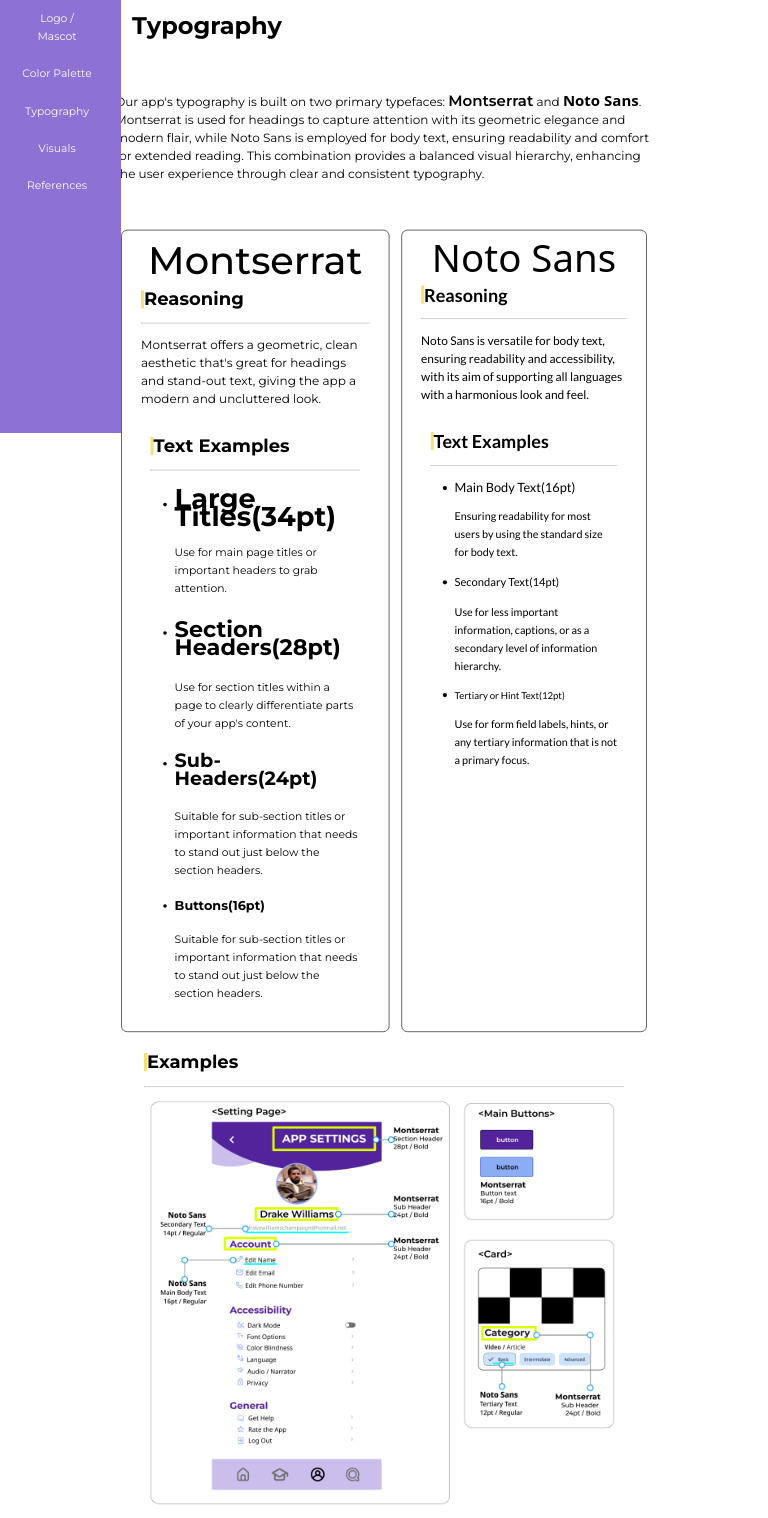
Repository: Irinalimm/PocketProfs-A5Styleguide
Page: pages/typography.html
These files come from the project's save history. The page is drawn as it stood at one moment and after the next save; the edit follows.
The browser window is 1280 px wide. The pictures show the whole page, at 60% of full size.
Some web libraries are served in a nearby version.

Above is the page before, as saved 2024-04-10 22:47:07.

### pages/typography.html
<!DOCTYPE html>
<html lang="en">

<head>
  <meta charset="UTF-8">
  <meta name="viewport" content="width=device-width, initial-scale=1.0">
  <link rel="icon" type="image/x-icon" href="/img/OSCAR-THE-OTTER_LOGO-FAVICON-48x48.ico">
  <link rel="stylesheet" href="/css/typography.css">
  <link rel="preconnect" href="https://fonts.googleapis.com">
  <link rel="preconnect" href="https://fonts.gstatic.com" crossorigin>
  <link href="https://fonts.googleapis.com/css2?family=Montserrat:ital,wght@0,100..900;1,100..900&display=swap"
    rel="stylesheet">
    <link rel="preconnect" href="https://fonts.googleapis.com">
<link rel="preconnect" href="https://fonts.gstatic.com" crossorigin>
<link href="https://fonts.googleapis.com/css2?family=Lato:ital,wght@0,100;0,300;0,400;0,700;0,900;1,100;1,300;1,400;1,700;1,900&display=swap" rel="stylesheet">
  <title>Typography</title>
</head>

<body>
  <div class="sidenav button-effect">
    <div class="link-container">
      <a class="effect effect-4" href="home.html">Logo / Mascot</a>
      <a class="effect effect-4" href="colour.html">Color Palette</a>
      <a class="effect effect-4" href="typography.html">Typography</a>
      <a class="effect effect-4" href="visuals.html">Visuals</a>
      <a class="effect effect-4" href="references.html">References</a>
    </div>
  </div>

  <div class="content">
    <h1 class="header">Typography</h1>
  </div>

  <div class="typography-container">
    <div class="description">
    <p>Our app's typography is built on two primary typefaces: <span class="montserrat">Montserrat</span> and <span class="noto">Noto Sans</span>. <br/>
      Montserrat is used for headings to capture attention with its geometric elegance and modern flair, while Noto Sans is employed for body text, ensuring readability and comfort for extended reading. This combination provides a balanced visual hierarchy, enhancing the user experience through clear and consistent typography.</p>
    </div>
    <div class="two-blocks">
    <div class="container">
        <h3 class="font-header">Montserrat</h3>
      <div class="container-text">
        <div className="reasoning"><h2>Reasoning</h2></div>
        <hr/>
        <p> Montserrat offers a geometric, clean aesthetic that's great for headings and stand-out text, giving the app a modern and uncluttered look.</p>
      </div>
      <div class="example-content">
        <div class="sample-text">
          <h2>Text Examples</h2>
          <hr/>
          <div class="header-text">
            <ul>
              <li>
                <h1 style="font-size: 34pt; font-weight: bold">Large Titles(34pt)</h1>
              <p style="font-size: 18px;font-weight:400">Use for main page titles or important headers to grab attention.
              </p>
            </li>
              <li>
                <h3 style="font-size: 28pt; font-weight: bold" >Section Headers(28pt)</h3>
              <p style="font-size: 18px;font-weight:400">Use for section titles within a page to clearly differentiate parts of your app's content.</p>
            </li>
              <li><h3 style="font-size: 24pt; font-weight: bold">Sub-Headers(24pt)</h3>
                <p style="font-size: 18px;font-weight:400">Suitable for sub-section titles or important information that needs to stand out just below the section headers.</p>
              </li>
              <li><h4 style="font-size: 16pt; font-weight: semi-bold">Buttons(16pt)</h3>
                <p style="font-size: 18px;font-weight:400">Suitable for sub-section titles or important information that needs to stand out just below the section headers.</p>
              </li>
            </ul>
          </div>
        </div>
      </div>
    </div>
    <div class="container">
        <h3 class="font-header2">Noto Sans</h3>
      <div class="container-text">
        <div className="reasoning"><h2>Reasoning</h2>
        <hr/></div>
        <p>Noto Sans is versatile for body text, ensuring readability and accessibility,  with its aim of supporting all languages with a harmonious look and feel.</p>
      </div>
      <div class="example-content">
        <div class="sample-text">
          <h2 className="heading">Text Examples</h2>
          <hr/>
          <div class="header-text">
            <ul>
              <li>
                <h1 style="font-size: 16pt; font-weight: 400">Main Body Text(16pt)</h1>
              <p style="font-size: 18px;font-weight:400">Ensuring readability for most users by using the standard size for body text.</p>
            </li>
              <li>
                <h3 style="font-size: 14pt; font-weight: 400;" >Secondary Text(14pt)</h3>
              <p style="font-size: 18px;font-weight:400">Use for less important information, captions, or as a secondary level of information hierarchy.</p>
            </li>
              <li><h3 style="font-size: 12pt; font-weight: 400">Tertiary or Hint Text(12pt)</h3>
                <p style="font-size: 18px;font-weight:400">Use for form field labels, hints, or any tertiary information that is not a primary focus.</p>
              </li>
            </ul>
          </div>
        </div>
      </div>
    </div>
  </div>
  <div class="component-examples">
    <div className="heading"><h2>Examples</h2><hr class="break"/></div>
    <div className="example-box">
      <img src='/img/examples.png' alt="Usage Examples" class="examples"/>
    </div>
  </div>
  <footer></footer>
  <script src="https://kit.fontawesome.com/d1051c85c7.js" crossorigin="anonymous"></script>
</body>

</html>

### css/typography.css
* {
  box-sizing: border-box;
}

body {
  margin: 0;
  font-family: "Montserrat", sans-serif;
  font-size: 20px;
  line-height: 30px;
  display: flex;
  flex-direction: column;
  animation: 1s ease-out 0s 1 slideInFromLeft;
}

h2{
  border-left: 5px solid #f9df74;
  margin: 0, 1.5rem;
}
/* Style the side navigation */
.sidenav {
  height: 100%;
  width: 200px;
  position: fixed;
  z-index: 1;
  top: 0;
  left: 0;
  background-color: rgb(142,113,213);
  overflow-x: hidden;
  animation: 1s ease-out 0s 1 slideInFromLeft;
}

.heading{
margin: 2rem;
}

/* Side navigation links */
.sidenav a {
  color: white;
  padding: 16px;
  text-decoration: none;
  display: block;
  margin-left: 20px;
}

/* Change color on hover */
.sidenav a:hover {
  background-color: rgb(180,158,244);
  color: black;
}

/* Style the content */
.content {
  margin-left: 200px;
  padding-left: 20px;

}

.rubrik {
  text-align: left;
  margin-left: 200px;
  padding-left: 20px;
}

.container {
    display:inline-block;
    flex-direction: column;
    border-radius: 10px;
    border: 1px solid black;
    margin:10px;
}

.reasoning{
  border-left: black solid 2px;
}

.container-text{
  margin:2rem;
}

.container:nth-child(2){
  font-family: "Lato", "sans-serif";
}

.button:nth-child(2){
  font-family: "Lato", sans-serif;
  font-weight: 300;
}

.example-content{
  margin: 3rem;
}

.typography-container{
  display: flex;
  flex-direction: column ;
}

.description{
  margin: 3rem;
  font-size: 20px;
  width: 70%;
  align-self: center;
}

.two-blocks{
  display: flex;
  align-self: center;
  flex-direction: row;
  width:70%;
}

.font-header{
  font-size: 64px;
  text-align: center;
  margin:35px;
  font-family: "Montserrat", "sans-serif";
  font-weight: 500;
}
.font-header2{
  font-family: "Noto Sans", "sans-serif";
  font-size: 64px;
  text-align: center;
  margin:30px;
  font-weight: 300;
  font-weight: 500;
}
.lato-thin {
  font-family: "Noto Sans", sans-serif;
  font-weight: 100;
  font-style: normal;
}

.lato-light {
  font-family: "Noto Sans", sans-serif;
  font-weight: 300;
  font-style: normal;
}

.lato-regular {
  font-family: "Noto Sans", sans-serif;
  font-weight: 400;
  font-style: normal;
}

.lato-bold {
  font-family: "Lato", sans-serif;
  font-weight: 700;
  font-style: normal;
}

.lato-black {
  font-family: "Lato", sans-serif;
  font-weight: 900;
  font-style: normal;
}

.lato-thin-italic {
  font-family: "Lato", sans-serif;
  font-weight: 100;
  font-style: italic;
}

.lato-light-italic {
  font-family: "Noto Sans", sans-serif;
  font-weight: 300;
  font-style: italic;
}

.lato-regular-italic {
  font-family: "Noto Sans", sans-serif;
  font-weight: 400;
  font-style: italic;
}

.lato-bold-italic {
  font-family: "Noto Sans", sans-serif;
  font-weight: 700;
  font-style: italic;
}

.lato-black-italic {
  font-family: "Noto Sans", sans-serif;
  font-weight: 900;
  font-style: italic;
}

.noto{
  font-size: 25px;
  font-family: "Noto Sans", sans-serif;
  font-weight: 600;
}

.montserrat{
  font-size: 25px;
  font-weight: 600;
}

.button1{
  font-size: 16px;
  font-weight: 200;
  letter-spacing: 1px;
  padding: 13px 20px 13px;
  outline: 0;
  border: 1px solid black;
  cursor: pointer;
  position: relative;
  background-color: rgba(0, 0, 0, 0);
  user-select: none;
  -webkit-user-select: none;
  touch-action: manipulation;
}

.button1:after {
  content: "";
  background-color: #ffe54c;
  width: 100%;
  z-index: -1;
  position: absolute;
  height: 100%;
  top: 7px;
  left: 7px;
  transition: 0.2s;
}

.button1:hover:after {
  top: 0px;
  left: 0px;
}

.example-screen{
  width: 430px;
  height: 932px;
  border-left: black solid 0.5px;
}

.component-examples{
  display: flex;
  flex-direction: column;
  align-self: center;
  font-family: "Montserrat", "sans-serif";
}

.example-box{
  display: flex;
width: 100%;
}

.examples{
  width: 40em;
}



@media (min-width: 768px) {
  .button {
    padding: 13px 50px 13px;
  }
}

.effect {
  text-align: center;
  display: inline-block;
  position: relative;
  text-decoration: none;
  color: orange;
  text-transform: capitalize;
  /* background-color: - add your own background-color */
  font-family: 'Montserrat', sans-serif; /* put your font-family */
  font-size: 18px;
  padding: 20px 0px;
  width: 150px;
  border-radius: 10px;
  overflow: hidden;
}

.effect.effect-4 {
  transition: all 0.5s linear 0s;
  animation: fadeIn 2s ;
}

.effect.effect-4:before {
  content: "\f178";
  font-family: FontAwesome;
  display: flex;
  align-items: center;
  justify-content: center;
  position: absolute;
  top: 0;
  left: 0px;
  width: 100%;
  height: 100%;
  text-align: center;
  font-size: 30px;
  transform: scale(0,3);
  transition: all 0.1s linear 0s;
}

.effect.effect-4:hover {
  text-indent: -9999px;
}

.effect.effect-4:hover:before {
  transform: scale(1,1);
  text-indent: 0;
}



@keyframes fadeIn {
  from {
    opacity: 0;
  }
  to {
    opacity: 1;
  }
}

@keyframes slideInFromLeft {
  0% {
    transform: translateX(-100%);
  }
  100% {
    transform: translateX(0);
  }
}

After the next save:
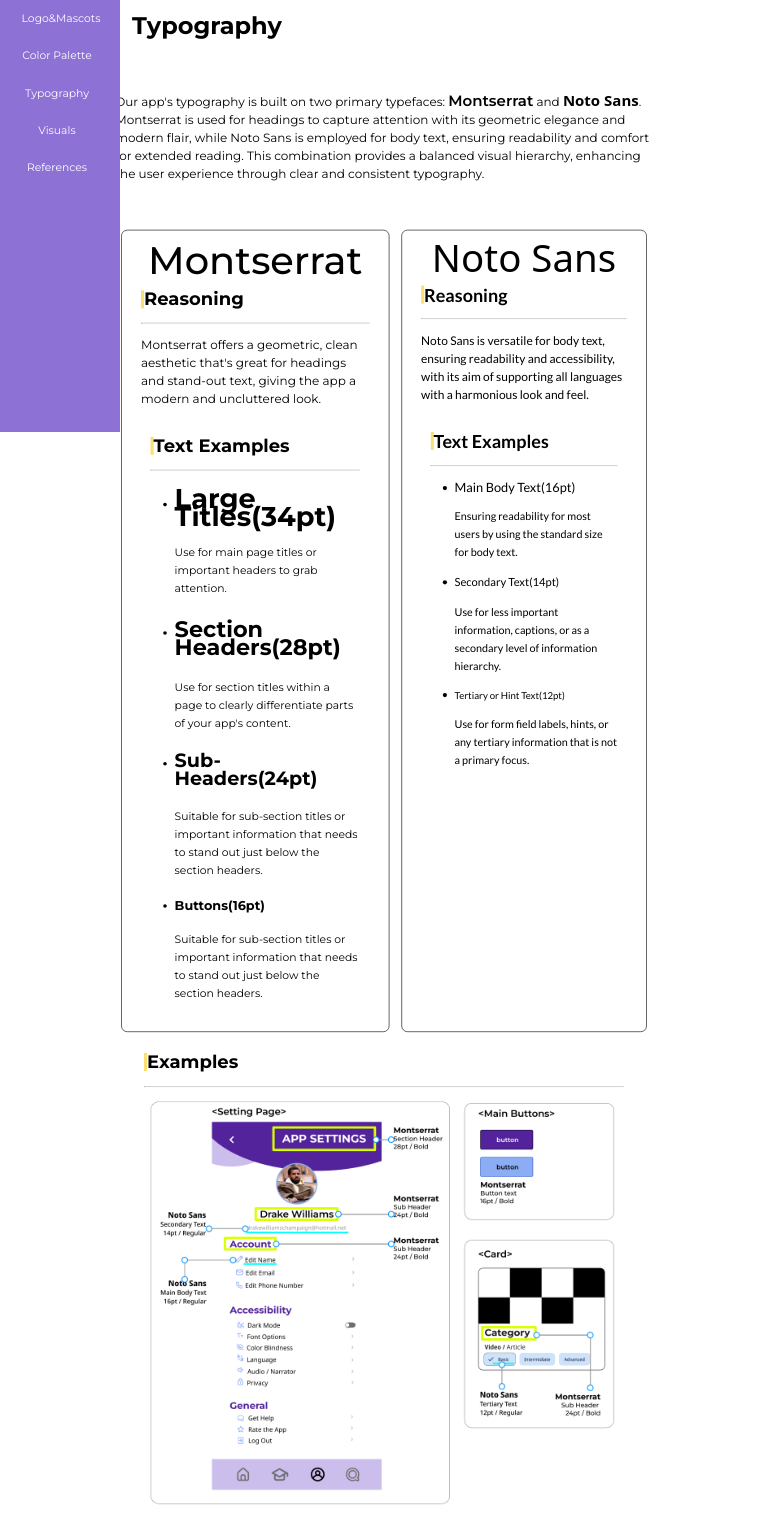
Saved 69 s later.
--- a/pages/typography.html
+++ b/pages/typography.html
@@ -19,7 +19,7 @@
 <body>
   <div class="sidenav button-effect">
     <div class="link-container">
-      <a class="effect effect-4" href="home.html">Logo / Mascot</a>
+      <a class="effect effect-4" href="home.html">Logo&Mascots</a>
       <a class="effect effect-4" href="colour.html">Color Palette</a>
       <a class="effect effect-4" href="typography.html">Typography</a>
       <a class="effect effect-4" href="visuals.html">Visuals</a>
@@ -106,6 +106,12 @@
       <img src='/img/examples.png' alt="Usage Examples" class="examples"/>
     </div>
   </div>
+
+  <div class="background-circles">
+    <div class="circle circle-1"></div>
+    <div class="circle circle-2"></div>
+  </div>
+
   <footer></footer>
   <script src="https://kit.fontawesome.com/d1051c85c7.js" crossorigin="anonymous"></script>
 </body>
